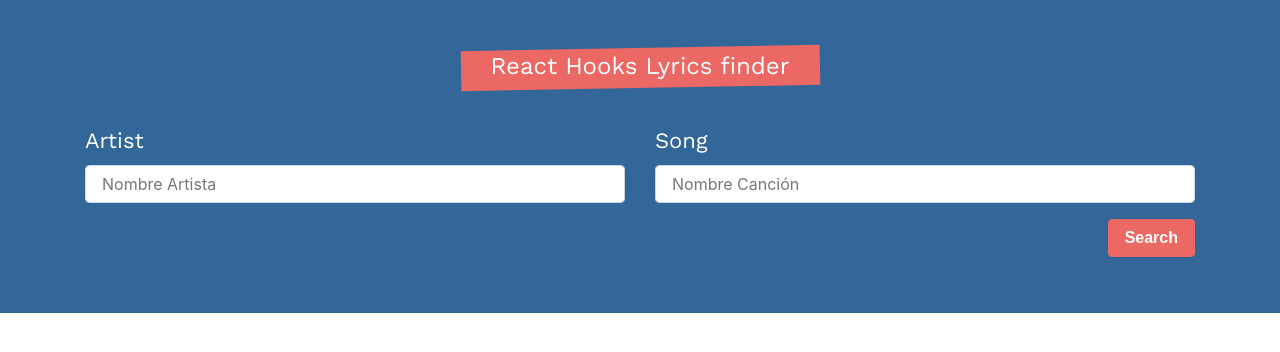
Repository: ppfeliuu/Lyrics-and-Band
Page: /
These files come from the project's save history. The page is drawn as it stood at one moment and after the next save; the edit follows.
The browser window is 1280 px wide. The pictures show the whole page.
Some web fonts or font styles are not loaded; a fallback is used. The project was rebuilt for these pictures with package versions that can differ from the ones it lists, and the page was loaded fresh each time.

Above is the page before, as saved 2019-06-21 13:37:34.

After the next save:
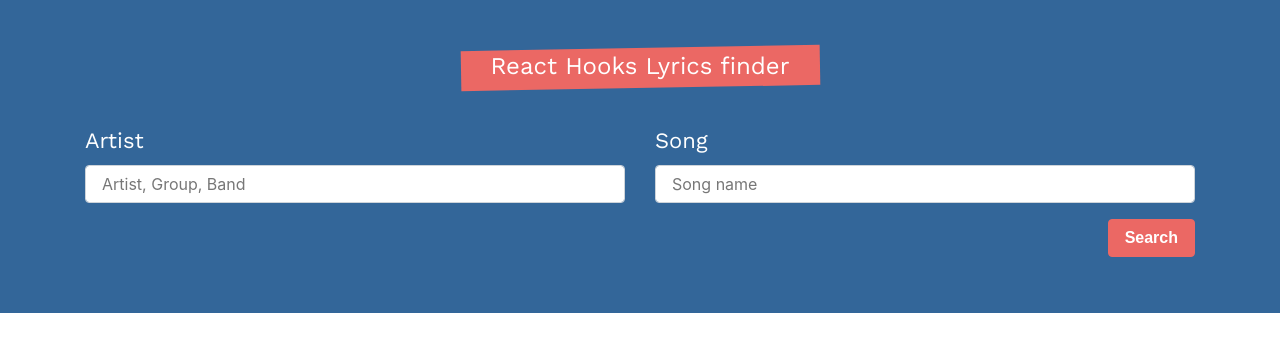
Saved 43 s later.
--- a/src/components/Formulario.js
+++ b/src/components/Formulario.js
@@ -17,7 +17,7 @@ function Formulario() {
                                         type="text"
                                         className="form-control"
                                         name="artista"
-                                        placeholder="Nombre Artista"
+                                        placeholder="Artist, Group, Band "
                                         required
                                     />
                                 </div>
@@ -29,7 +29,7 @@ function Formulario() {
                                         type="text"
                                         className="form-control"
                                         name="cancion"
-                                        placeholder="Nombre Canción"
+                                        placeholder="Song name"
                                         required
                                     />
                                 </div>
